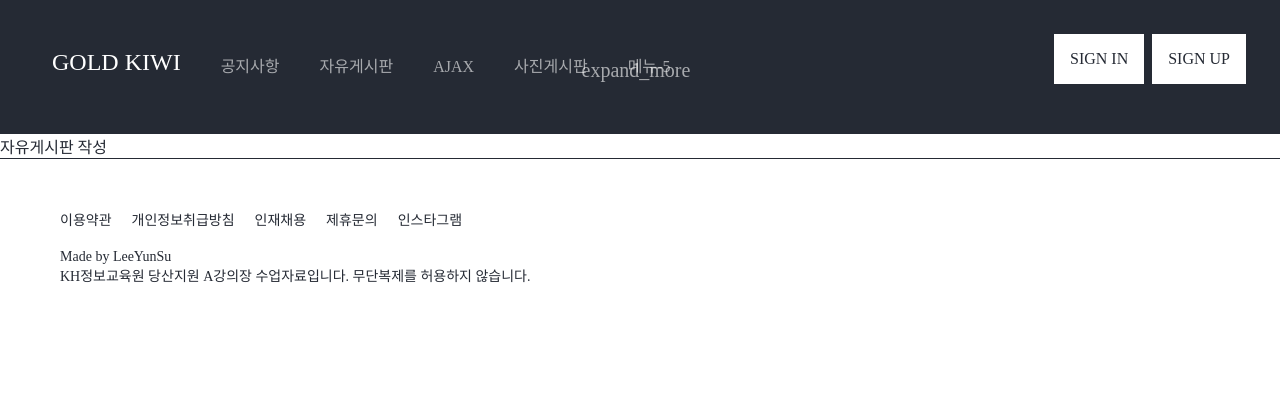
Repository: RiboKim/web-workspace
Page: http://localhost/07_mvc2WebProject/WEB-INF/views/board/BoardWriteFrm.jsp
An editor plug-in stored every save of this project. The page is shown before and after the next save, followed by the edit.
The browser window is 1280 px wide. The pictures show the whole page.
Some web fonts or font styles are not loaded; a fallback is used. The page is served by Tomcat 9. Nobody is signed in. Other server files are loaded and not shown. The template is opened directly, without the code that normally fills it, so the values that code supplies are empty.

Above is the page before, as saved 2023-02-16 08:58:08.

### 07_mvc2WebProject/src/main/webapp/WEB-INF/views/board/BoardWriteFrm.jsp
<%@ page language="java" contentType="text/html; charset=UTF-8"
    pageEncoding="UTF-8"%>
<!DOCTYPE html>
<html>
<head>
<meta charset="UTF-8">
<title>Insert title here</title>
</head>
<body>
	<%@include file = "/WEB-INF/views/common/header.jsp" %>
	<div class="content-page">
		<div class="content-title">자유게시판 작성</div>
	</div>
	<%@include file = "/WEB-INF/views/common/footer.jsp" %>
</body>
</html>

### 07_mvc2WebProject/src/main/webapp/WEB-INF/views/common/header.jsp
<%@page import="kr.or.iei.member.model.vo.Member"%>
<%@ page language="java" contentType="text/html; charset=UTF-8"
    pageEncoding="UTF-8"%>
    <%
    	Member m = (Member)session.getAttribute("m");
    %>

	<!-- 구글 아이콘 -->
    <link href="https://fonts.googleapis.com/icon?family=Material+Icons" rel="stylesheet">
    <!-- jquery -->
    <script src="/js/jquery-3.6.0.js"></script>
    <!-- 기본 CSS -->
    <link rel="stylesheet" href="/css/default.css" />
    <!-- 기본 js -->
    <script src="/js/default.js"></script>

    <header>
      <div class="site-logo">
        <a href="/">GOLD KIWI</a>
      </div>
      <nav>
        <ul class="navi">
          <li><a href="/noticeList.do?requestPage=1">공지사항</a></li>
          <li><a href="/boardList.do?requestPage=1">자유게시판</a></li>
          <li><a href="/ajax.do">AJAX</a></li>
          <li><a href="/photoList.do">사진게시판</a></li>
          <li>
			<a href="#">메뉴-5</a>
            <ul class="sub-navi">
              <li><a href="/email.do">email</a></li>
              <li><a href="/map.do">지도</a></li>
              <li><a href="/pay.do">결제</a></li>
            </ul>
           </li>
        </ul>
      </nav>
      <div class="header-link">
      <%if(m == null){ %>
        <button class="btn bc11 modal-open-btn" target="#login-modal">SIGN IN</button>
        <a class="btn bc11" href="/signupFrm.do">SIGN UP</a>
      <%}else{ %>
      <%--<a class="btn bc11" href="/mypage1.do"><%=m.getMemberName() %></a> --%>
      <%--memberId를 mypage2.do로 넘겨주는거 --%>
      <a class="btn bc11" href="/mypage2.do?memberId=<%=m.getMemberId() %>"><%=m.getMemberName() %></a>

      <a class="btn bc11" href="/logout.do">LOGOUT</a>
      <%} %>
      </div>
    </header>
    <%if(m == null) {%>
    <div id="login-modal" class="modal-bg">
      <div class="modal-wrap">
        <div class="modal-head">
          <h2>SIGN IN</h2>
          <span class="material-icons close-icon modal-close">close</span>
        </div>
        <form action="/signin.do" method="post">
        <div class="modal-content">
          <div class="input-box">
          	<label for="signId">아이디</label>
          	<input type="text" name="signId" id="signId" class="input-form" placeholder="아이디입력">
          </div>
          <div class="input-box">
          	<label for="signPw">비밀번호</label>
          	<input type="password" name="signPw" id="signPw" class="input-form" placeholder="비밀번호입력">
          </div>
          <div class="input-box link-box">
          	<a href="#">아이디/비밀번호 찾기</a>
          </div>
        </div>
        <div class="modal-foot">
          <button type="submit" class="btn bc11">로그인</button>
          <button type="button" class="btn bc1 modal-close">취소</button>
        </div>
        </form>
      </div>
    </div>
    <%}%>

### 07_mvc2WebProject/src/main/webapp/WEB-INF/views/common/footer.jsp
<%@ page language="java" contentType="text/html; charset=UTF-8"
    pageEncoding="UTF-8"%>
	<footer>
      <div class="footer-content">
        <ul>
          <li><a href="#">이용약관</a></li>
          <li><a href="#">개인정보취급방침</a></li>
          <li><a href="#">인재채용</a></li>
          <li><a href="#">제휴문의</a></li>
          <li><a href="#">인스타그램</a></li>
        </ul>
        <p>Made by LeeYunSu</p>
        <p>
          KH정보교육원 당산지원 A강의장 수업자료입니다. 무단복제를 허용하지
          않습니다.
        </p>
      </div>
    </footer>

### 07_mvc2WebProject/src/main/webapp/css/default.css
/* 사용할 font 선언 */
@font-face {
  font-family: ns-thin;
  src: url(../font/NotoSansKR-Thin.otf);
}
@font-face {
  font-family: ns-light;
  src: url(../font/NotoSansKR-Light.otf);
}
@font-face {
  font-family: ns-m;
  src: url(../font/NotoSansKR-Medium.otf);
}
@font-face {
  font-family: ns-bold;
  src: url(../font/NotoSansKR-Bold.otf);
}
@font-face {
  font-family: ns-black;
  src: url(../font/NotoSansKR-Black.otf);
}
/*
    사이트 사용 색상
    balck : #252A34
    darkgray : #393E46
    lightgray : #EEEEEE
    dark-mint : #00ADB5
    mint : #08D9D6
    point-red : #FF2E63
    point-pink : #F85F73
    point-violet : #892CDC
*/
/* 전체태그 기본 margin, padding 제거 */
/* 기본 글씨 색 및 폰트 설정 */

* {
  margin: 0;
  padding: 0;
  color: #252a34;
  font-family: ns-m;
}
body {
  display: flex;
  flex-direction: column;
  min-height: 100vh;
}
/* 기본화면 레이아웃 */
a {
  text-decoration: none;
}
header {
  background-color: #252a34;
  padding: 32px;
  display: flex;
  min-width: 1200px;
}
header > *:not(.header-link) {
  float: left;
}
header > .site-logo {
  padding: 0px 20px;
}
header > .site-logo > a {
  color: #fff;
  font-family: ns-bold;
  font-size: 24px;
  line-height: 60px;
}
header > nav {
  flex-grow: 1;
}

header > nav > .navi {
  list-style-type: none;
}
header > nav > .navi > li {
  float: left;
  position: relative;
}
header > nav > .navi > li > a {
  display: block;
  color: rgba(255, 255, 255, 0.6);
  padding: 5px 20px;
  transition-duration: 0.5s;
  line-height: 60px;
}
header > nav > .navi > li:hover > a,
header > nav > .navi > li:hover > a + span {
  color: rgba(255, 255, 255, 1);
}
header > nav > .navi > li:hover > .sub-navi {
  display : block;
}
header > nav .sub-navi {
  position: absolute;
  background-color: #fff;
  list-style-type: none;
  display: none;
  border: 1px solid rgba(0, 0, 0, 0.2);
  left: 10px;
  min-width: 10rem;
}
header > nav .sub-navi > li {
  padding: 0.25rem 1rem;
}
header > nav .sub-navi > li > a {
  display: block;
}
header > nav .sub-navi > li:hover {
  background-color: rgba(0, 0, 0, 0.05);
}
.material-icons.dropdown {
  font-size: 20px;
  color: rgba(255, 255, 255, 0.6);
  position: absolute;
  right: 0px;
  top: 27px;
  transition-duration: 0.5s;
}
.material-icons.dropdown:hover {
  cursor: pointer;
}
.page-content {
  width: 1200px;
  margin: 30px auto;
  margin-bottom: 10px;
  flex-grow: 1;
}
.page-title {
  font-family: ns-bold;
  padding: 20px 0px;
  font-size: 1.5rem;
}
footer {
  padding: 50px;
  border-top: 1px solid #252a34;
}
footer > .footer-content {
  width: 1200px;
  margin: 0 auto;
  padding: 0px 10px;
}
footer > .footer-content * {
  font-size: 14px;
}
footer > .footer-content > ul {
  list-style-type: none;
  overflow: hidden;
  margin-bottom: 20px;
}
footer > .footer-content > ul > li {
  float: left;
}
footer > .footer-content > ul > li > a {
  padding-right: 20px;
}

/* font 클래스*/
.f-thin {
  font-family: ns-thin;
}
.f-light {
  font-family: ns-light;
}
.f-medium {
  font-family: ns-m;
}
.f-bold {
  font-family: ns-bold;
}
.f-black {
  font-family: ns-black;
}

/* 글씨 색 */
.fc-1 {
  color: #252a34;
}
.fc-2 {
  color: #393e46;
}
.fc-3 {
  color: #eeeeee;
}
.fc-4 {
  color: #00adb5;
}
.fc-5 {
  color: #08d9d6;
}
.fc-6 {
  color: #ff2e63;
}
.fc-7 {
  color: #f85f73;
}
.fc-8 {
  color: #892cdc;
}

/* 배경 색*/
.bg-1 {
  background-color: #252a34;
}
.bg-2 {
  background-color: #393e46;
}
.bg-3 {
  background-color: #eeeeee;
}
.bg-4 {
  background-color: #00adb5;
}
.bg-5 {
  background-color: #08d9d6;
}
.bg-6 {
  background-color: #ff2e63;
}
.bg-7 {
  background-color: #f85f73;
}
.bg-8 {
  background-color: #892cdc;
}

/* 테이블 디자인 */
.tbl {
  width: 100%;
  border-spacing: 0px;
  border-collapse: collapse;
}
.tbl th,
.tbl td {
  padding: 1rem;
  text-align: center;
}
.tbl .tr-1 {
  background-color: rgba(255, 255, 255, 1);
}
.tbl .tr-2 {
  background-color: rgba(57, 62, 70, 0.1);
}
.tbl .tr-3 {
  background-color: rgba(0, 173, 181, 0.1);
}
.tbl .tr-4 {
  background-color: rgba(137, 44, 220, 0.1);
}
.tbl .tr-5 {
  background-color: rgba(255, 46, 999, 0.1);
}
.tbl .td-1 {
  background-color: rgba(255, 255, 255, 1);
}
.tbl .td-2 {
  background-color: rgba(57, 62, 70, 0.1);
}
.tbl .td-3 {
  background-color: rgba(0, 173, 181, 0.1);
}
.tbl .td-4 {
  background-color: rgba(137, 44, 220, 0.1);
}
.tbl .td-5 {
  background-color: rgba(255, 46, 999, 0.1);
}
.tbl.tbl-hover .tr-1:hover {
  background-color: rgba(0, 0, 0, 0.05);
}
.tbl.tbl-hover .tr-2:hover {
  background-color: rgba(57, 62, 70, 0.15);
}
.tbl.tbl-hover .tr-3:hover {
  background-color: rgba(0, 173, 181, 0.15);
}
.tbl.tbl-hover .tr-4:hover {
  background-color: rgba(137, 44, 220, 0.15);
}
.tbl.tbl-hover .tr-5:hover {
  background-color: rgba(255, 46, 999, 0.15);
}

/* 버튼 디자인 */
.btn {
  border: none;
  padding: 1rem;
  display: inline-block;
  box-sizing: border-box;
  transition-duration: 0.5s;
  font-size: 16px;
  font-family: ns-light;
}
.bc1 {
  background-color: rgba(37, 42, 52, 0.9);
  color: #fff;
  border: 2px solid rgba(37, 42, 52, 0.9);
}
.bc1:hover {
  background-color: rgba(37, 42, 52, 1);
  cursor: pointer;
}
.bc2 {
  background-color: rgba(57, 62, 70, 0.9);
  color: #fff;
  border: 2px solid rgba(57, 62, 70, 0.9);
}
.bc2:hover {
  background-color: rgba(57, 62, 70, 1);
  cursor: pointer;
}
.bc3 {
  background-color: rgba(238, 238, 238, 0.9);
  color: #252a34;
  border: 2px solid rgba(238, 238, 238, 0.9);
}
.bc3:hover {
  background-color: rgba(238, 238, 238, 1);
  cursor: pointer;
}
.bc4 {
  background-color: rgba(0, 173, 181, 0.9);
  color: #fff;
  border: 2px solid rgba(0, 173, 181, 0.9);
}
.bc4:hover {
  background-color: rgba(0, 173, 181, 1);
  cursor: pointer;
}
.bc5 {
  background-color: rgba(8, 217, 214, 0.9);
  color: #fff;
  border: 2px solid rgba(8, 217, 214, 0.9);
}
.bc5:hover {
  background-color: rgba(8, 217, 214, 1);
  cursor: pointer;
}
.bc6 {
  background-color: rgba(255, 46, 99, 0.9);
  color: #fff;
  border: 2px solid rgba(255, 46, 99, 0.9);
}
.bc6:hover {
  background-color: rgba(255, 46, 99, 1);
  cursor: pointer;
}
.bc7 {
  background-color: rgba(248, 95, 115, 0.9);
  color: #fff;
  border: 2px solid rgba(248, 95, 115, 0.9);
}
.bc7:hover {
  background-color: rgba(248, 95, 115, 1);
  cursor: pointer;
}
.bc8 {
  background-color: rgba(137, 44, 220, 0.9);
  color: #fff;
  border: 2px solid rgba(137, 44, 220, 0.9);
}
.bc8:hover {
  background-color: rgba(137, 44, 220, 1);
  cursor: pointer;
}
.bc11 {
  color: rgba(37, 42, 52, 1);
  background-color: #fff;
  border: 2px solid rgba(37, 42, 52, 1);
}
.bc11:hover {
  background-color: rgba(37, 42, 52, 1);
  cursor: pointer;
  color: #fff;
}
.bc22 {
  color: rgba(57, 62, 70, 1);
  background-color: #fff;
  border: 2px solid rgba(57, 62, 70, 1);
}
.bc22:hover {
  background-color: rgba(57, 62, 70, 1);
  cursor: pointer;
  color: #fff;
}
.bc33 {
  color: rgba(37, 42, 52, 1);
  background-color: #fff;
  border: 2px solid rgba(238, 238, 238, 1);
}
.bc33:hover {
  background-color: rgba(238, 238, 238, 1);
  cursor: pointer;
  color: rgba(37, 42, 52, 1);
}
.bc44 {
  color: rgba(0, 173, 181, 1);
  background-color: #fff;
  border: 2px solid rgba(0, 173, 181, 1);
}
.bc44:hover {
  background-color: rgba(0, 173, 181, 1);
  color: #fff;
  cursor: pointer;
}
.bc55 {
  color: rgba(8, 217, 214, 1);
  background-color: #fff;
  border: 2px solid rgba(8, 217, 214, 1);
}
.bc55:hover {
  background-color: rgba(8, 217, 214, 1);
  color: #fff;
  cursor: pointer;
}
.bc66 {
  color: rgba(255, 46, 99, 1);
  background-color: #fff;
  border: 2px solid rgba(255, 46, 99, 1);
}
.bc66:hover {
  background-color: rgba(255, 46, 99, 1);
  color: #fff;
  cursor: pointer;
}
.bc77 {
  color: rgba(248, 95, 115, 1);
  background-color: #fff;
  border: 2px solid rgba(248, 95, 115, 1);
}
.bc77:hover {
  background-color: rgba(248, 95, 115, 1);
  color: #fff;
  cursor: pointer;
}
.bc88 {
  color: rgba(137, 44, 220, 1);
  background-color: #fff;
  border: 2px solid rgba(137, 44, 220, 1);
}
.bc88:hover {
  background-color: rgba(137, 44, 220, 1);
  color: #fff;
  cursor: pointer;
}
.bs1 {
  padding: 1rem;
}
.bs2 {
  padding: 1.5rem;
  font-size: 1.1em;
}
.bs3 {
  padding: 2rem;
  font-size: 1.2em;
}
.bs4 {
  width: 100%;
  padding: 2rem;
  font-size: 1.2em;
}
/* input 디자인 */
.input-form {
  width: 100%;
  display: block;
  padding: 0.8rem;
  background-color: #fff;
  outline: none;
  border: 1px solid #ccc;

  box-sizing: border-box;
}
.input-form:focus {
  box-shadow: 0 0 0 0.1rem #eee;
}

textarea.input-form {
  resize: none;
  min-height: 300px;
}
.input-form:read-only:not(select),
.input-form:disabled {
  background-color: #f7f7f9;
}
/* 페이징 디자인 */
.pagination {
  list-style-type: none;
  display: flex;
  justify-content: center;
  align-items: center;
}
.pagination > li {
  width: 40px;
  height: 40px;
  text-align: center;
  line-height: 40px;
  overflow: hidden;
}
.pagination.circle-style > li {
  border-radius: 50%;
}
.pagination > li > a.page-item {
  display: block;
  width: 100%;
  height: 100%;
  font-size: 18px;
}
.pagination > li > a.page-item > span.material-icons {
  display: block;
  width: 100%;
  height: 100%;
  line-height: 40px;
}
.pagination .page-item.active-page {
  background-color: #252a34;
  color: #fff;
}
/*게시물 표현*/
.posting-wrap {
  display: flex;
  flex-wrap: wrap;
}
.posting-wrap .posting-item {
  box-sizing: border-box;
  width: calc(100% / 5);
  padding: 20px;
}
.posting-wrap .posting-item .posting-img img {
  width: 100%;
  height: 200px;
}
.posting-wrap .posting-item .posting-content {
  width: 80%;
  margin: 0 auto;
}
.posting-wrap .posting-item:hover {
  box-shadow: 0 2px 10px 0 rgba(0, 0, 0, 0.2);
}
/* 댓글 */
.posting-comment {
  display: flex;
  border-top: 2px solid #ccc;

  list-style-type: none;
}
.posting-comment > li {
  box-sizing: border-box;
}
.posting-comment > li:first-child {
  width: 15%;
  display: flex;
  justify-content: center;
  align-items: center;
  min-height: 100px;
  border-right: 1px solid #ccc;
}
.posting-comment.reply > li:first-child {
  width: 20%;
}
.posting-comment > li:first-child .material-icons {
  font-size: 80px;
  color: #ccc;
}
.posting-comment.reply > li:first-child .material-icons:first-child {
  font-size: 40px;
  color: #ccc;
}
.posting-comment.reply > li:last-child {
  display: flex;
  flex-direction: column;
  width: 80%;
}
.posting-comment > li:last-child {
  display: flex;
  flex-direction: column;
  width: 85%;
}
.posting-comment > li:last-child > p {
  width: 100%;
  padding: 5px;
  box-sizing: border-box;
}
.posting-comment > li:last-child > .comment-info > span {
  padding: 0px 10px;
}
.posting-comment > li:last-child > .comment-info > span:not(:last-child) {
  border-right: 2px solid #ccc;
}
.posting-comment > li:last-child > .comment-content {
  padding: 0px 15px;
}
.posting-comment > li:last-child > .comment-link {
  text-align: right;
}
.posting-comment > li:last-child > .comment-link > a {
  margin: 0px 5px;
}
.posting-comment > li:last-child > .comment-link > a:hover {
  text-decoration: underline;
}

/*모달*/
.modal-bg {
  background-color: rgba(0, 0, 0, 0.3);
  position: fixed;
  width: 100%;
  height: 100vh;
  display: none;
  align-items: center;
  flex-direction: column;
}
.modal-wrap {
  margin-top: 150px;
  width: 600px;
  background: #fff;
  height: auto;
}
.modal-wrap div {
  padding: 1rem;
}
.modal-wrap div:not(:last-child) {
  border-bottom: 1px solid #ccc;
}
.modal-wrap .modal-foot {
  text-align: right;
}
.modal-wrap div.modal-head {
  position: relative;
}
.close-icon {
  position: absolute;
  top: 16px;
  right: 16px;
  font-size: 30px;
}
.close-icon:hover {
  cursor: pointer;
}

### 07_mvc2WebProject/src/main/webapp/js/default.js
$(function () {
  $(document).on("click", ".modal-open-btn", function () {
    $($(this).attr("target")).css("display", "flex");
  });
  $(document).on("click", ".modal-close", function () {
    $(this).parents(".modal-wrap").parent().css("display", "none");
  });
  $(".sub-navi").prev().after("<span class='material-icons dropdown'>expand_more</span>");
});
function alertFunc(icon){
	swal({
        title: '제목',
        text: '내용내용내용',
        icon: icon
      });
      //이후 페이지 이동 시 추가
      /*
      .then(function(){
    	 window.location = "${loc}";
      });
      */
}

Loaded but not shown: 07_mvc2WebProject/src/main/webapp/js/jquery-3.6.0.js (library)

After the next save:
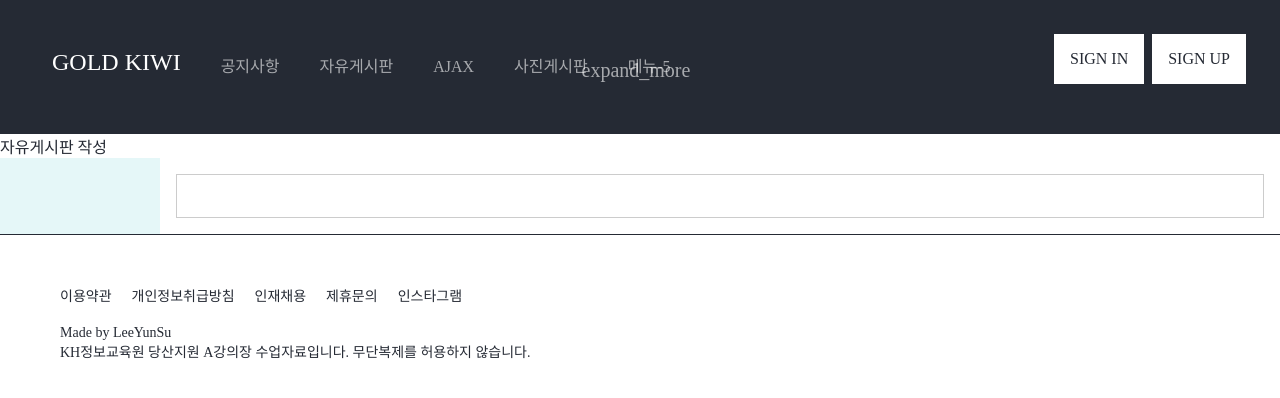
Saved 3 min 34 s later.
--- a/07_mvc2WebProject/src/main/webapp/WEB-INF/views/board/BoardWriteFrm.jsp
+++ b/07_mvc2WebProject/src/main/webapp/WEB-INF/views/board/BoardWriteFrm.jsp
@@ -10,6 +10,16 @@
 	<%@include file = "/WEB-INF/views/common/header.jsp" %>
 	<div class="content-page">
 		<div class="content-title">자유게시판 작성</div>
+		<form action=/noticeWrite.do" method="post" enctype="multipart/form/data">
+			<table class="tbl" id="boardWrite">
+			<tr class="tr-1">
+				<td class="td-3"></td>
+				<td colspan="3">
+					<input type="text" name="boardTitle" class="input-form">
+				</td>
+			</tr>
+			</table>
+		</form>
 	</div>
 	<%@include file = "/WEB-INF/views/common/footer.jsp" %>
 </body>
